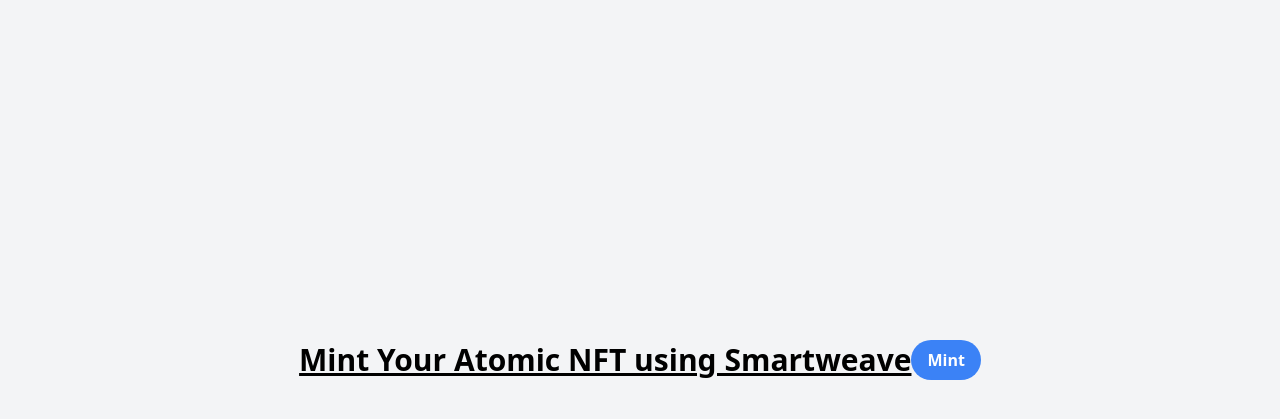
Repository: pawelpiwowarski/arweave-nft
Page: /
These files come from the project's save history. The page is drawn as it stood at one moment and after the next save; the edit follows.
The browser window is 1280 px wide. The pictures show the whole page.
The project was rebuilt for these pictures with package versions that can differ from the ones it lists, and the page was loaded fresh each time. The framework's server and built-in components were replaced by stand-ins that run in the browser.

Above is the page before, as saved 2023-01-17 15:04:44.

After the next save:
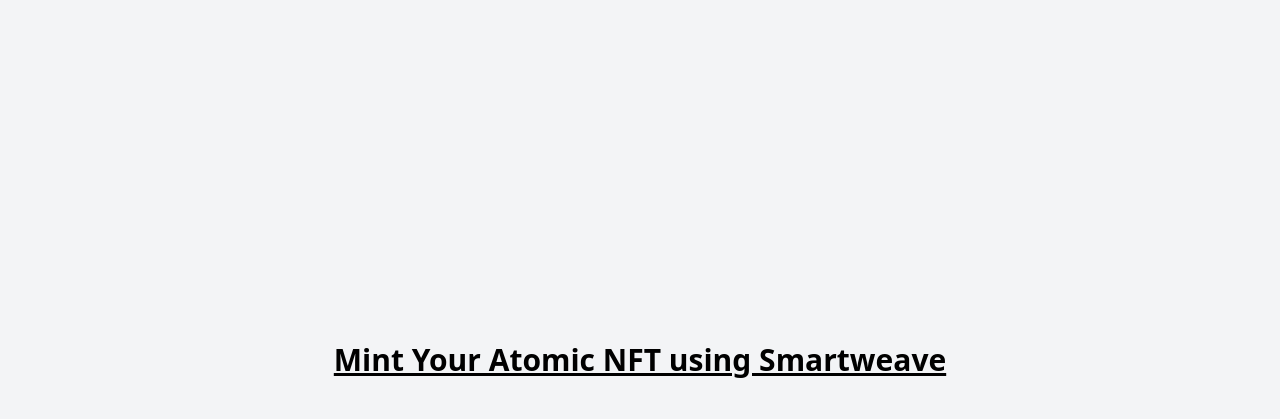
Saved 3 min 9 s later.
--- a/pages/index.tsx
+++ b/pages/index.tsx
@@ -35,13 +35,10 @@
       <h1 className="text-3xl font-bold underline" >Mint Your Atomic NFT using Smartweave </h1>
 
 
-      <div className=" flex-col items-center">
 
-            <button className="bg-blue-500 hover:bg-blue-700 text-white font-bold py-2 px-4 rounded-full" onClick={handleLogin}>Mint</button>
 
-      { address && <h1 className="text-3xl font-bold underline" >Address: {address}</h1>}
-      { img && <img src={img} />}
-    </div>
+
+
     </div>
 
   );
